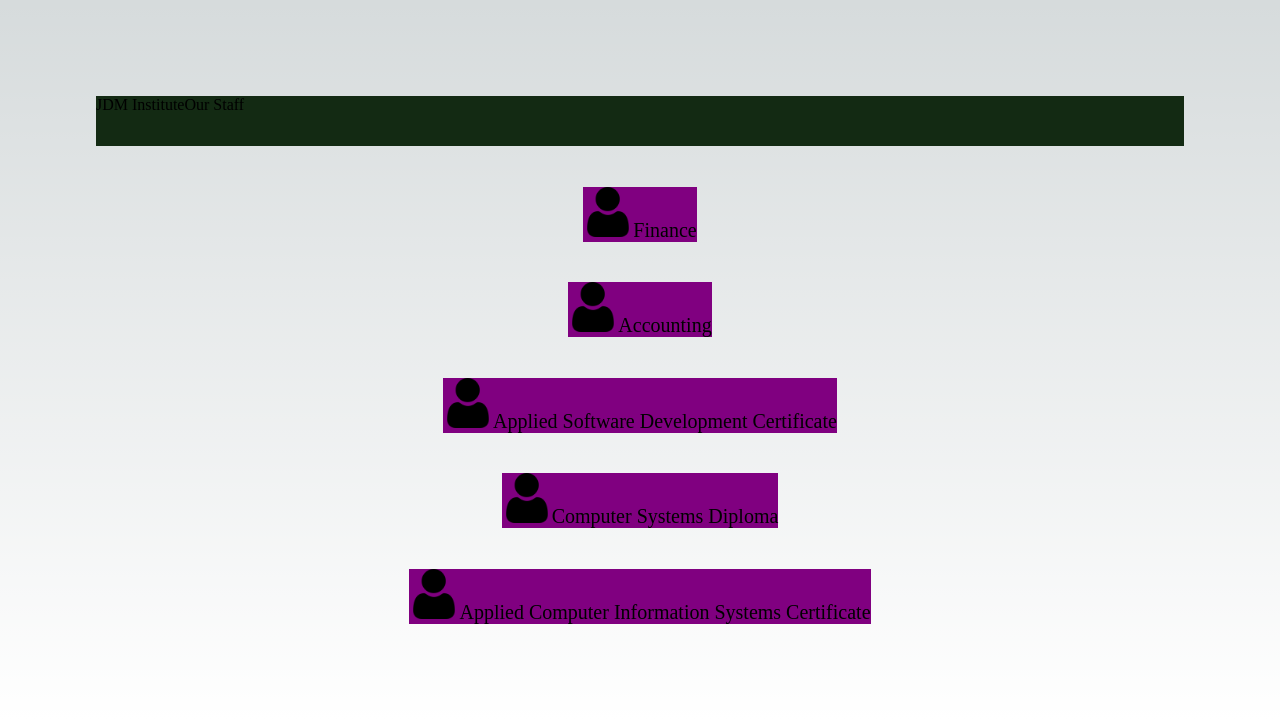
Repository: jennydmcm/class03practice
Page: /
An editor plug-in stored every save of this project. The page is shown before and after the next save, followed by the edit.
The browser window is 1280 px wide. The pictures show the whole page.
The project was rebuilt for these pictures with package versions that can differ from the ones it lists, and the page was loaded fresh each time. The framework's server and built-in components were replaced by stand-ins that run in the browser. Also part of the build but not shown: next.config.js.

Above is the page before, as saved 2023-01-24 19:16:42.

### pages/index.js
import Head from 'next/head'
import Image from 'next/image'
import { Inter } from '@next/font/google'
import styles from '@/styles/Home.module.css'
import data from '../data/education.json'
import { useState } from 'react'
import Card from '@/components/Card/index'
import Link from 'next/link'

const inter = Inter({ subsets: ['latin'] })

export default function Home() {
  const [information, setInformation] = useState([...data])

  return (
    <>
      <Head>
        <title>JDM Institute</title>
        <meta name="description" content="Generated by create next app" />
        <meta name="viewport" content="width=device-width, initial-scale=1" />
        <link rel="icon" href="/favicon.ico" />
      </Head>
      <main className={styles.main}>
        <div className={styles.navbar}>
          <div className={styles.navtitle}>JDM Institute</div>
          <div className={styles.navbutton}>
            <Link className={styles.link} href="about">Our Staff</Link>
          </div>
        </div>
        {
          information && information.map((info, index) => {
            if(info.department.toLowerCase() === "business"){
              return (
                <Card
                  key={index}
                  degree={info.degree}
                  gpa={info.gpa}
                  colourCard="#BABD8D"
                  colourInfo="#31572C"
                  font="20px"
                  fontColour="#132A13"
                />
              )
            }
          })
        }

        {
          information && information.map((info, index) => {
            if(info.department.toLowerCase() === "computing"){
              return (
                <Card
                  key={index}
                  degree={info.degree}
                  gpa={info.gpa}
                  colourCard="#BABD8D"
                  colourInfo="#31572C"
                  font="20px"
                  fontColour="#132A13"
                />
              )
            }
          })
        }
      </main>
    </>
  )
      }

### styles/Home.module.css
.main {
  display: flex;
  flex-direction: column;
  justify-content: space-between;
  align-items: center;
  padding: 6rem;
  min-height: 100vh;
  margin: 0;
}


.navbar{
  display: flex;
  width: 100%;
  height: 50px;
  background-color: #132A13;


}

.nav-title{

}

.nav-button{

}
.description {
  display: inherit;
  justify-content: inherit;
  align-items: inherit;
  font-size: 1rem;
  max-width: var(--max-width);
  width: 100%;
  z-index: 2;
  font-family: var(--font-mono);
}

.description a {
  display: flex;
  justify-content: center;
  align-items: center;
  gap: 1rem;
}

.description p {
  position: relative;
  margin: 0;
  padding: 1rem;
  background-color: rgba(var(--callout-rgb), 0.5);
  border: 1px solid rgba(var(--callout-border-rgb), 0.3);
  border-radius: var(--border-radius);
}

.code {
  font-weight: 700;
  font-family: var(--font-mono);
}

.grid {
  display: grid;
  grid-template-columns: repeat(4, minmax(25%, auto));
  width: var(--max-width);
  max-width: 100%;
}

.card {
  padding: 1rem 1.2rem;
  border-radius: var(--border-radius);
  background: rgba(var(--card-rgb), 0);
  border: 1px solid rgba(var(--card-border-rgb), 0);
  transition: background 200ms, border 200ms;
}

.card span {
  display: inline-block;
  transition: transform 200ms;
}

.card h2 {
  font-weight: 600;
  margin-bottom: 0.7rem;
}

.card p {
  margin: 0;
  opacity: 0.6;
  font-size: 0.9rem;
  line-height: 1.5;
  max-width: 30ch;
}

.center {
  display: flex;
  justify-content: center;
  align-items: center;
  position: relative;
  padding: 4rem 0;
}

.center::before {
  background: var(--secondary-glow);
  border-radius: 50%;
  width: 480px;
  height: 360px;
  margin-left: -400px;
}

.center::after {
  background: var(--primary-glow);
  width: 240px;
  height: 180px;
  z-index: -1;
}

.center::before,
.center::after {
  content: '';
  left: 50%;
  position: absolute;
  filter: blur(45px);
  transform: translateZ(0);
}

.logo,
.thirteen {
  position: relative;
}

.thirteen {
  display: flex;
  justify-content: center;
  align-items: center;
  width: 75px;
  height: 75px;
  padding: 25px 10px;
  margin-left: 16px;
  transform: translateZ(0);
  border-radius: var(--border-radius);
  overflow: hidden;
  box-shadow: 0px 2px 8px -1px #0000001a;
}

.thirteen::before,
.thirteen::after {
  content: '';
  position: absolute;
  z-index: -1;
}

/* Conic Gradient Animation */
.thirteen::before {
  animation: 6s rotate linear infinite;
  width: 200%;
  height: 200%;
  background: var(--tile-border);
}

/* Inner Square */
.thirteen::after {
  inset: 0;
  padding: 1px;
  border-radius: var(--border-radius);
  background: linear-gradient(
    to bottom right,
    rgba(var(--tile-start-rgb), 1),
    rgba(var(--tile-end-rgb), 1)
  );
  background-clip: content-box;
}

/* Enable hover only on non-touch devices */
@media (hover: hover) and (pointer: fine) {
  .card:hover {
    background: rgba(var(--card-rgb), 0.1);
    border: 1px solid rgba(var(--card-border-rgb), 0.15);
  }

  .card:hover span {
    transform: translateX(4px);
  }
}

@media (prefers-reduced-motion) {
  .thirteen::before {
    animation: none;
  }

  .card:hover span {
    transform: none;
  }
}

/* Mobile */
@media (max-width: 700px) {
  .content {
    padding: 4rem;
  }

  .grid {
    grid-template-columns: 1fr;
    margin-bottom: 120px;
    max-width: 320px;
    text-align: center;
  }

  .card {
    padding: 1rem 2.5rem;
  }

  .card h2 {
    margin-bottom: 0.5rem;
  }

  .center {
    padding: 8rem 0 6rem;
  }

  .center::before {
    transform: none;
    height: 300px;
  }

  .description {
    font-size: 0.8rem;
  }

  .description a {
    padding: 1rem;
  }

  .description p,
  .description div {
    display: flex;
    justify-content: center;
    position: fixed;
    width: 100%;
  }

  .description p {
    align-items: center;
    inset: 0 0 auto;
    padding: 2rem 1rem 1.4rem;
    border-radius: 0;
    border: none;
    border-bottom: 1px solid rgba(var(--callout-border-rgb), 0.25);
    background: linear-gradient(
      to bottom,
      rgba(var(--background-start-rgb), 1),
      rgba(var(--callout-rgb), 0.5)
    );
    background-clip: padding-box;
    backdrop-filter: blur(24px);
  }

  .description div {
    align-items: flex-end;
    pointer-events: none;
    inset: auto 0 0;
    padding: 2rem;
    height: 200px;
    background: linear-gradient(
      to bottom,
      transparent 0%,
      rgb(var(--background-end-rgb)) 40%
    );
    z-index: 1;
  }
}

/* Tablet and Smaller Desktop */
@media (min-width: 701px) and (max-width: 1120px) {
  .grid {
    grid-template-columns: repeat(2, 50%);
  }
}

@media (prefers-color-scheme: dark) {
  .vercelLogo {
    filter: invert(1);
  }

  .logo,
  .thirteen img {
    filter: invert(1) drop-shadow(0 0 0.3rem #ffffff70);
  }
}

@keyframes rotate {
  from {
    transform: rotate(360deg);
  }
  to {
    transform: rotate(0deg);
  }
}

### data/education.json
[
        {
            "studentNumber": "A0004567",
            "firstName": "Person 1",
            "gpa": 3.8,
            "department": "Business",
            "degree": "Finance",
            "graduted": 2014
        },
        {
            "studentNumber": "A0001234",
            "firstName": "Person 2",
            "gpa": 3.5,
            "department": "Business",
            "degree": "Accounting",
            "graduted": 2010
        },
        {
            "studentNumber": "A0007890",
            "firstName": "Person 3",
            "gpa": 3.2,
            "department": "Computing",
            "degree": "Applied Software Development Certificate",
            "graduted": 2018
        },
        {
            "studentNumber": "A0007828",
            "firstName": "Person 4",
            "gpa": 3.9,
            "department": "Computing",
            "degree": "Computer Systems Diploma",
            "graduted": 2021
        },
        {
            "studentNumber": "A0003425",
            "firstName": "Person 5",
            "gpa": 3.2,
            "department": "Computing",
            "degree": "Applied Computer Information Systems Certificate",
            "graduted": 2021
        }
]

### components/Card/index.js
export default function Card({
    degree="none",
    colour="purple",
    font="0",
    image="icon/personTwo.png"
}) {
    return(
        <div style={{backgroundColor: colour, fontSize:font}}>
            {
                colour === "red" ?    <img src={'icon/person.png'} width='50'/> :
                colour === "blue" ?   <img src={'icon/personThree.png'} width='50'/> :
                                    <img src={image} width='50'/>
            }
            {degree}
        </div>
    )
}

Loaded but not shown: pages/_app.js (common file); pages/_document.js (common file); styles/globals.css (common file)

After the next save:
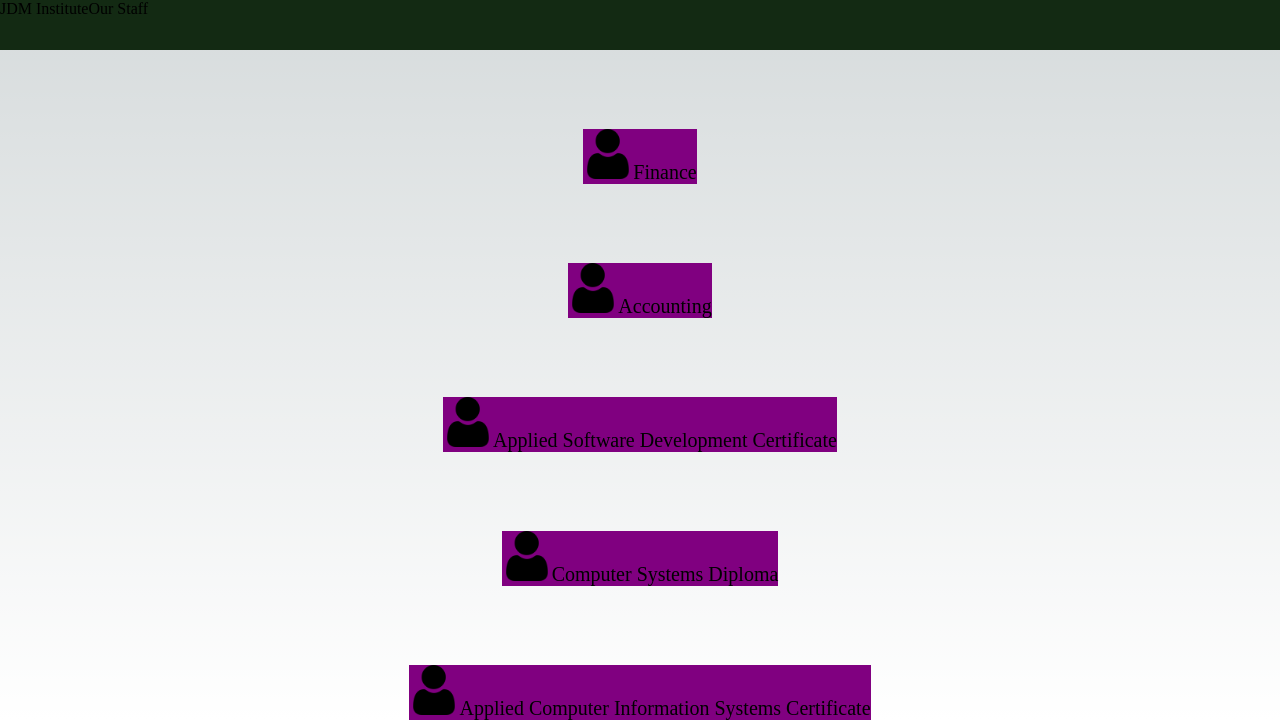
Saved 11 s later.
--- a/styles/Home.module.css
+++ b/styles/Home.module.css
@@ -3,9 +3,8 @@
   flex-direction: column;
   justify-content: space-between;
   align-items: center;
-  padding: 6rem;
+
   min-height: 100vh;
-  margin: 0;
 }
 
 
